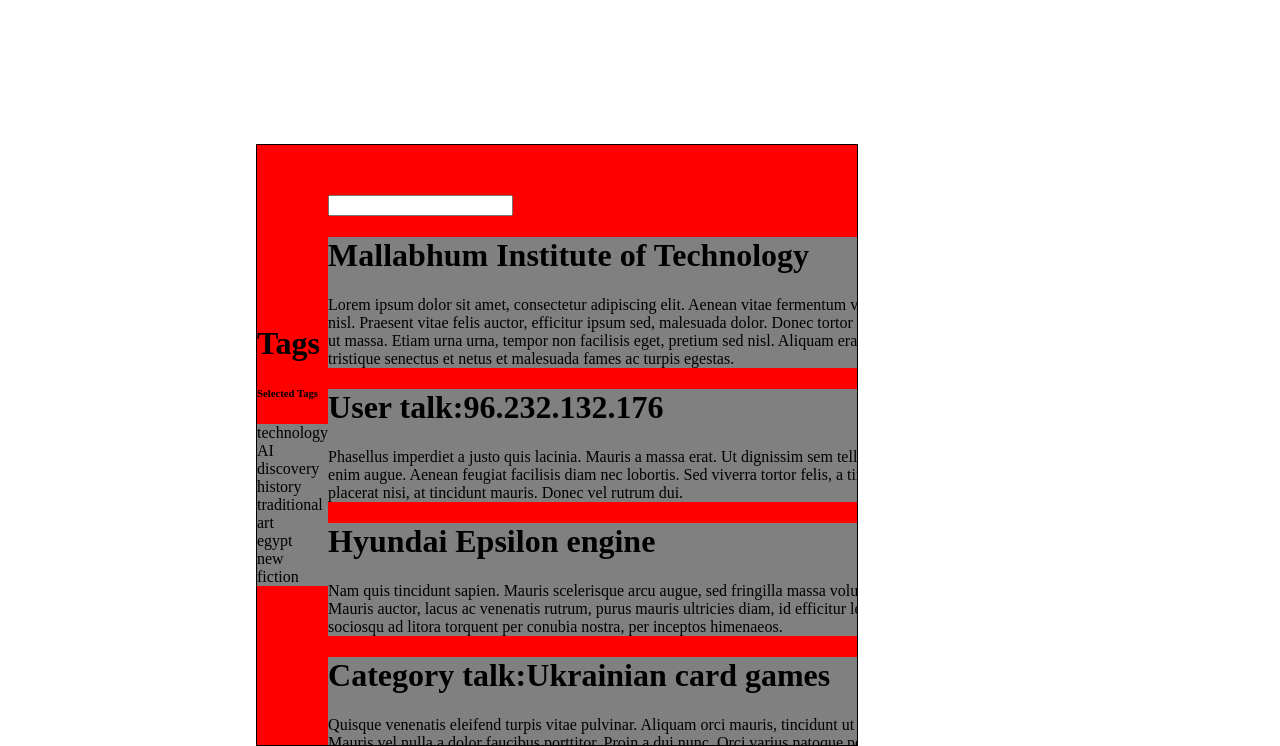
Repository: KelaiAffaf/bridger
Page: /
These files come from the project's save history. The page is drawn as it stood at one moment and after the next save; the edit follows.
The browser window is 1280 px wide. The pictures show the whole page.
The project was rebuilt for these pictures with package versions that can differ from the ones it lists, and the page was loaded fresh each time. Also part of the build but not shown: vite.config.js.

Above is the page before, as saved 2023-06-08 11:21:25.

### src/App.jsx
// eslint-disable-next-line no-unused-vars
import React, { useState } from "react";
import { data } from "./NewComponents/data.js";
import Tag from "./NewComponents/Tag";
import InfoBox from "./NewComponents/InfoBox";

function App() {


  const [value, setValue] = useState("");

  const getTags = (data) => {
    const tagsArray = [];

    data.forEach((user) => {
      user.tags.forEach((tag) => {
        if (!tagsArray.includes(tag)) {
          tagsArray.push(tag);
        }
      });
    });

    return tagsArray;
  };

  const uniqueTags = getTags(data);

  return (
    <div
    style={{
      display: "flex",
      alignItems: "center",
      justifyContent: "space-between",
      width: "600px",
      height: "600px",
      border: "1px solid black",
      backgroundColor: "red",
      overflow: "hidden",
      position: "absolute",
      top: "20%",
      left: "20%",
    }}
      >
      <div>
        <h1>Tags</h1>
        <h6>Selected Tags</h6>
        <Tag tags={uniqueTags} />
      </div>

      <div
      style={{
        height: "500px",
        backgroundColor:"red"
      }}
      >
        <input onChange={(e) => setValue(e.target.value)} />
        {data &&
          data.map((user) => (
            <div key={user.id}>
              {(user.title.includes(value) ||
                user.content.includes(value)) && (
                <InfoBox title={user.title} body={user.content} />
              )}
            </div>
          ))}
      </div>
    </div>
  );
}

export default App;

### src/NewComponents/data.js
// articles
export const  data = [
    {
        "id": 1,
        "title": "Mallabhum Institute of Technology",
        "content": "Lorem ipsum dolor sit amet, consectetur adipiscing elit. Aenean vitae fermentum velit. In a pulvinar nibh. Vivamus eu eros nisl. Praesent vitae felis auctor, efficitur ipsum sed, malesuada dolor. Donec tortor tortor, sagittis sed maximus ac, euismod ut massa. Etiam urna urna, tempor non facilisis eget, pretium sed nisl. Aliquam erat volutpat. Pellentesque habitant morbi tristique senectus et netus et malesuada fames ac turpis egestas.",
        "tags": ["technology", "AI", "discovery"]
    },
    {
        "id": 2,
        "title": "User talk:96.232.132.176",
        "content": "Phasellus imperdiet a justo quis lacinia. Mauris a massa erat. Ut dignissim sem tellus, at aliquet nibh rutrum non. Donec at enim augue. Aenean feugiat facilisis diam nec lobortis. Sed viverra tortor felis, a tincidunt risus malesuada nec. Donec et placerat nisi, at tincidunt mauris. Donec vel rutrum dui.",
        "tags": ["history","technology", "traditional"]
    },
    {
        "id": 3,
        "title": "Hyundai Epsilon engine",
        "content": "Nam quis tincidunt sapien. Mauris scelerisque arcu augue, sed fringilla massa volutpat sit amet. Aenean vitae orci tellus. Mauris auctor, lacus ac venenatis rutrum, purus mauris ultricies diam, id efficitur lectus tortor sed urna. Class aptent taciti sociosqu ad litora torquent per conubia nostra, per inceptos himenaeos.",
        "tags": ["art","egypt"]
    },
    {
        "id": 4,
        "title": "Category talk:Ukrainian card games",
        "content": "Quisque venenatis eleifend turpis vitae pulvinar. Aliquam orci mauris, tincidunt ut sollicitudin sit amet, convallis quis orci. Mauris vel nulla a dolor faucibus porttitor. Proin a dui nunc. Orci varius natoque penatibus et magnis dis parturient montes, nascetur ridiculus mus. Donec placerat dictum mauris. Vestibulum pharetra nisl sed eros dictum tristique. Praesent ac molestie neque. Fusce nec cursus leo, vel condimentum diam.",
        "tags": ["discovery","history"]
    },
    {
        "id": 5,
        "title": "Pellentesque non vulputate dolor",
        "content": "Fusce aliquam scelerisque lorem, a gravida ante efficitur eu. Duis ultricies leo scelerisque ante lacinia, ac viverra elit aliquam. Nullam at faucibus nisl. Nunc fringilla in urna sed suscipit. Integer in ipsum lectus. Pellentesque non vulputate dolor, vel scelerisque sapien. Nulla facilisi. Duis at sodales lacus. In hac habitasse platea dictumst.",
        "tags": ["new","fiction"]
    }
  ]

### src/NewComponents/Tag.jsx
import React from 'react'

function Tag({tags}) {
  return (
   <div>
    <div
    style={{
      borderRedius: '5px',
      backgroundColor: 'grey',
    }}
    >
      {tags && tags.map(ele=><div >{ele}</div>)
    }
    </div>
   </div>
  )
}

export default Tag

### src/NewComponents/InfoBox.jsx
import React from 'react'

function InfoBox({title,body}) {
  return (
    <div
    style={{
      backgroundColor: 'grey',
      width :"800px"
    }}
    >
        <h1>{title}</h1>
        <p>{body} </p>
    </div>
  )
}

export default InfoBox

Loaded but not shown: index.html (common file); src/main.jsx (common file)

After the next save:
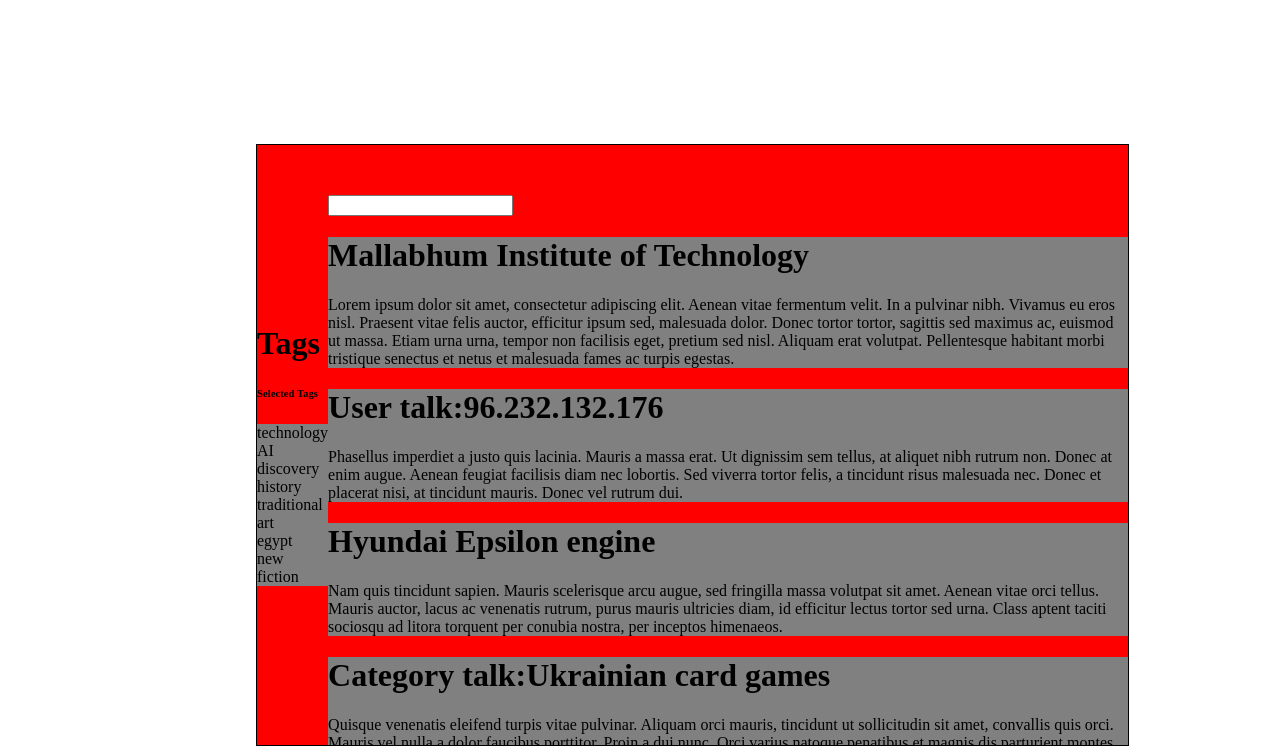
Saved 9 s later.
--- a/src/App.jsx
+++ b/src/App.jsx
@@ -31,7 +31,7 @@
       display: "flex",
       alignItems: "center",
       justifyContent: "space-between",
-      width: "600px",
+      // width: "600px",
       height: "600px",
       border: "1px solid black",
       backgroundColor: "red",
